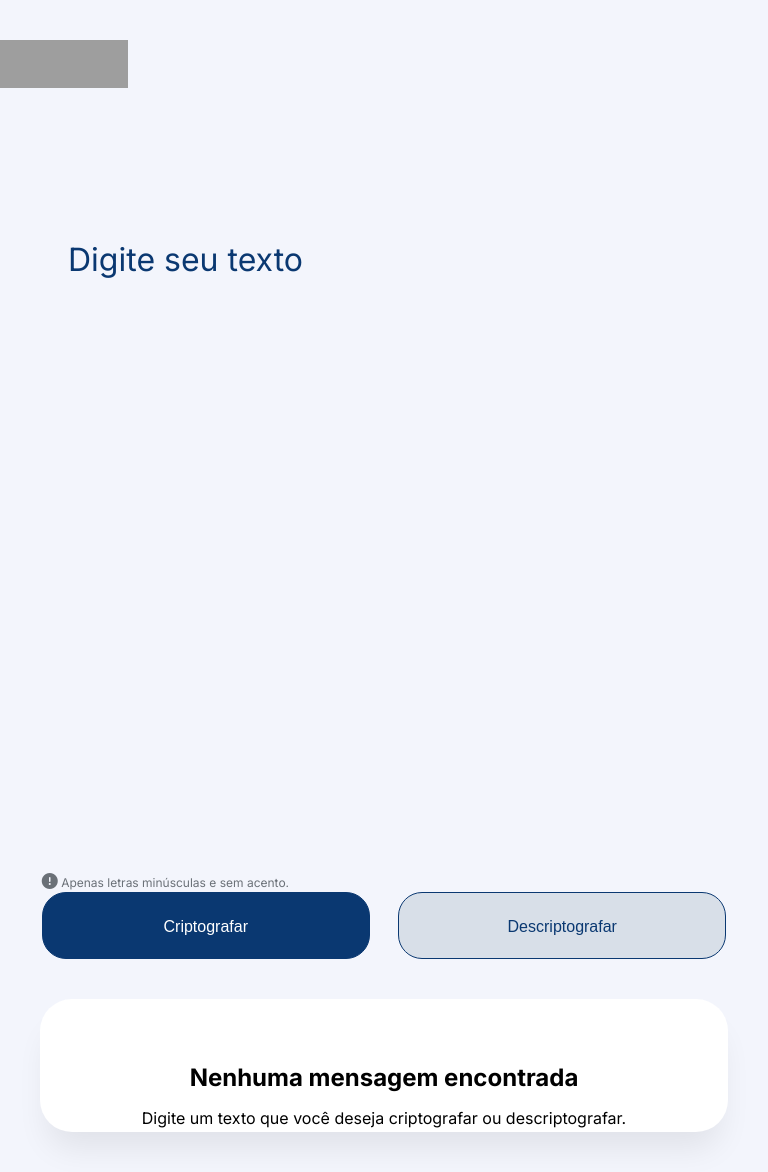
Repository: CarlosEduardoVdeOliveira/descodificador-de-texto
Page: index.html
These files come from the project's save history. The page is drawn as it stood at one moment and after the next save; the edit follows.
The browser window is 768 px wide. The pictures show the whole page.
Pictures or frames that could not be fetched are drawn as grey boxes.

Above is the page before, as saved 2023-04-13 08:28:12.

After the next save:
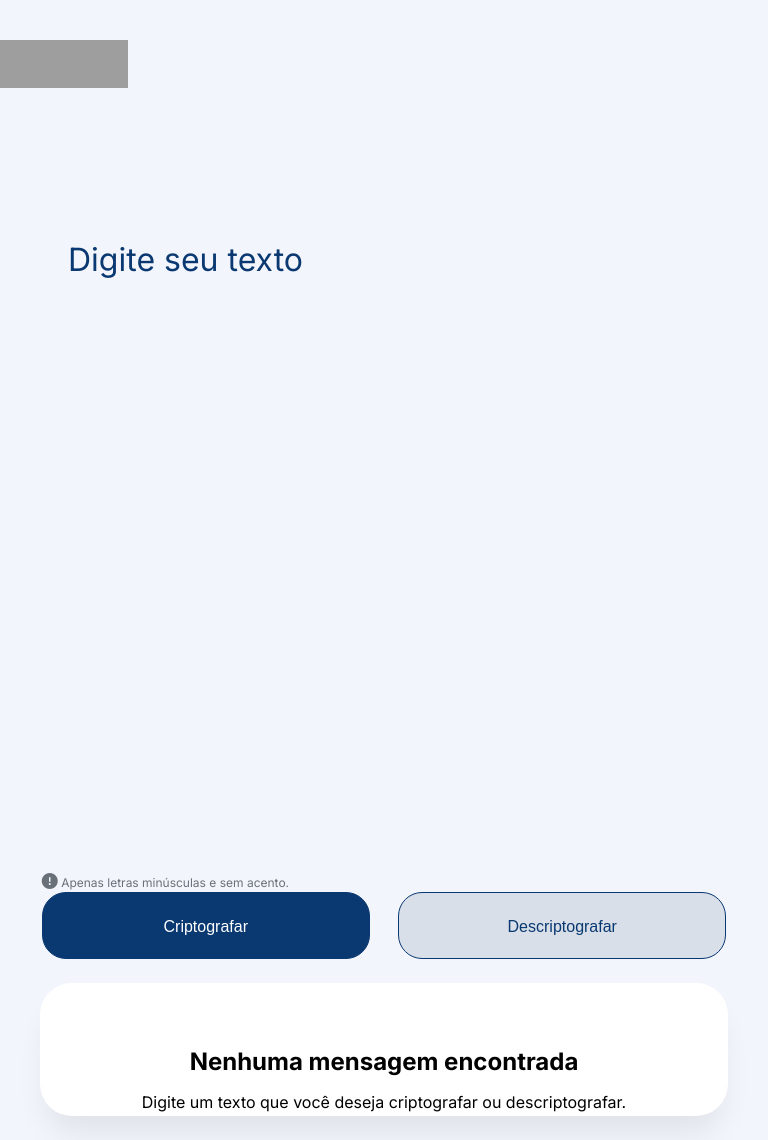
Saved 7 s later.
--- a/public/styles/tablet.css
+++ b/public/styles/tablet.css
@@ -13,7 +13,7 @@
       width: 43rem;
       height: 8.313rem;
       padding: 2rem;
-      margin-bottom: 1.5rem auto;
+      margin: 1.5rem auto;
    }
    .text-cryption img{
       display: none;
